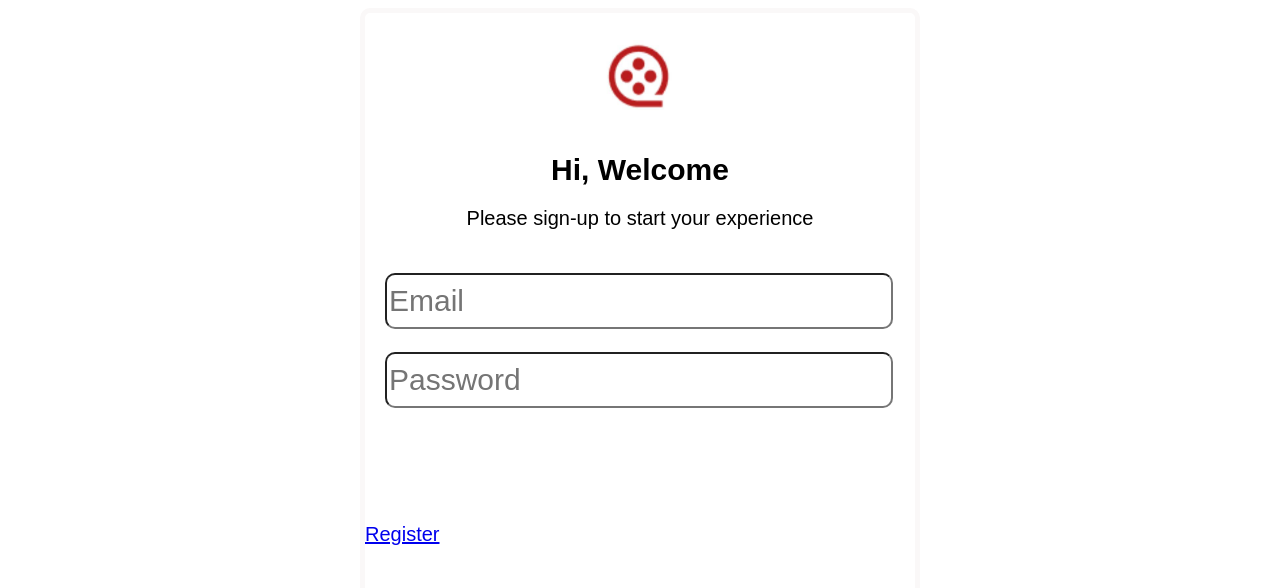
Repository: KingBoyMaylow/movie-task
Page: 2index.html
The author's editor kept a copy of each file at every save. The page is drawn from the files as they stood at one save, then again after a run of saves.
The browser window is 1280 px wide. The pictures show the whole page.

Above is the page before, as saved 2024-05-20 23:44:44.

After the next 5 saves:
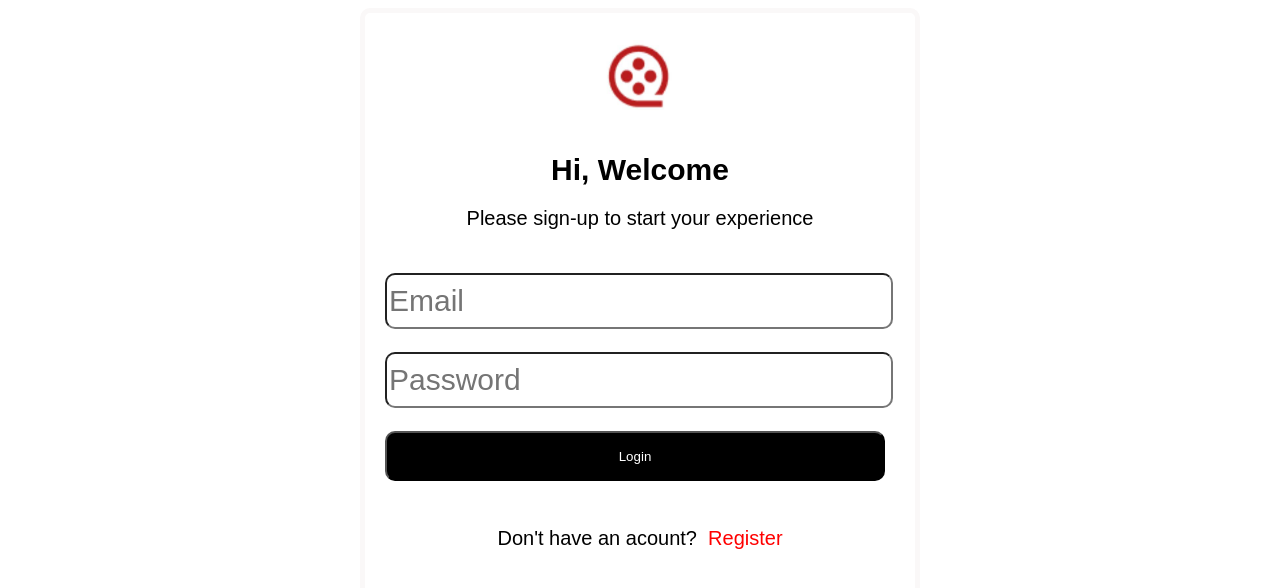
The 5 saves are shown as one change because they came seconds apart.
The last was saved 40 s later.
--- a/2index.html
+++ b/2index.html
@@ -22,7 +22,7 @@
     <input type="password" class="form-control" name="" id="" placeholder="Password">
   <br>
 
-  <br><a input type="submit"  value="Login" class="register-btn">
+  <br><input type="submit"  value="Login" class="register-btn">
 <br>
 
   <br><br><span>Don't have an acount? &nbsp; <a href="http://127.0.0.1:5500/">Register</a></span>
